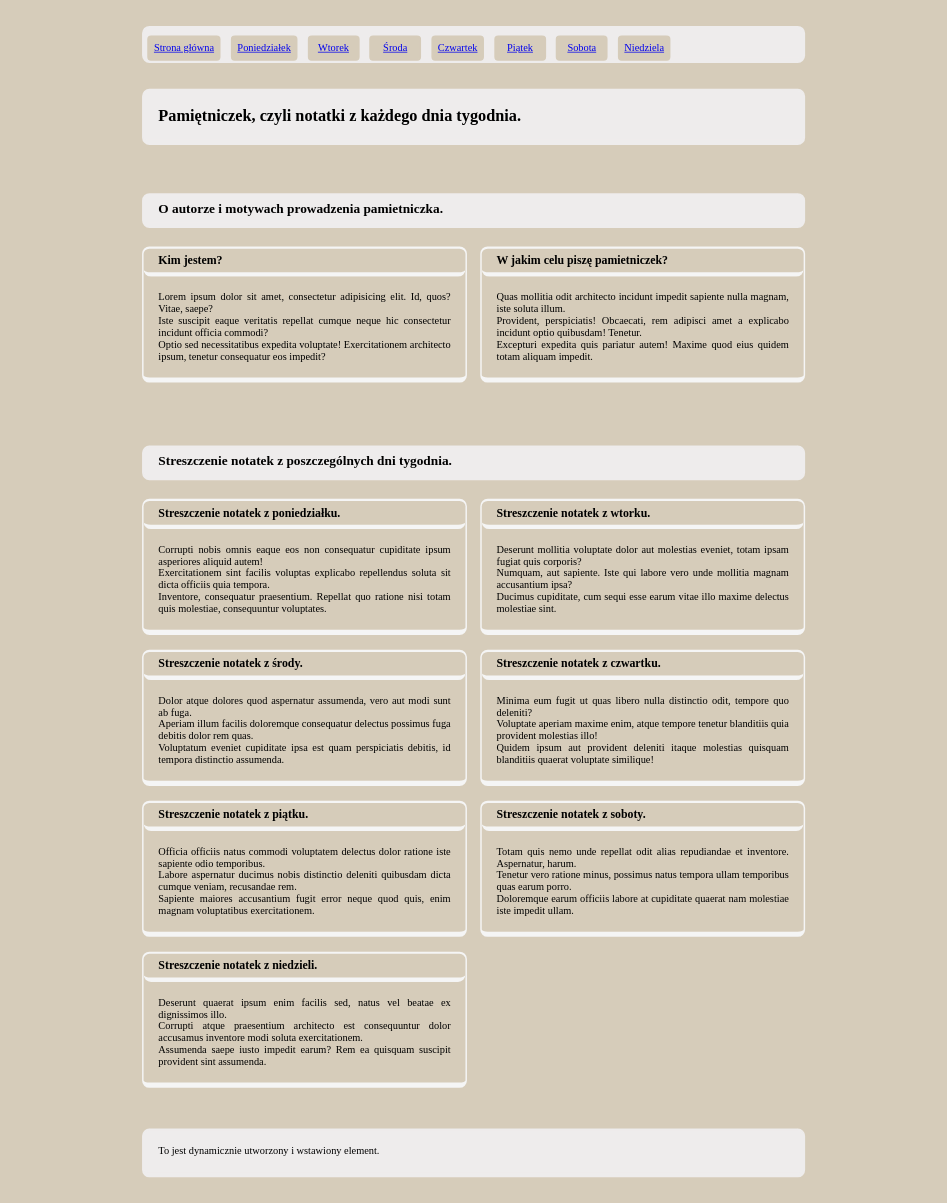
Repository: ArturNatwora/hompage
Page: index.html
An editor plug-in stored every save of this project. The page is shown before and after the next save, followed by the edit.
The browser window is 1280 px wide. The pictures show the whole page, at 74% of full size.

Above is the page before, as saved 2019-06-12 10:03:00.

After the next save:
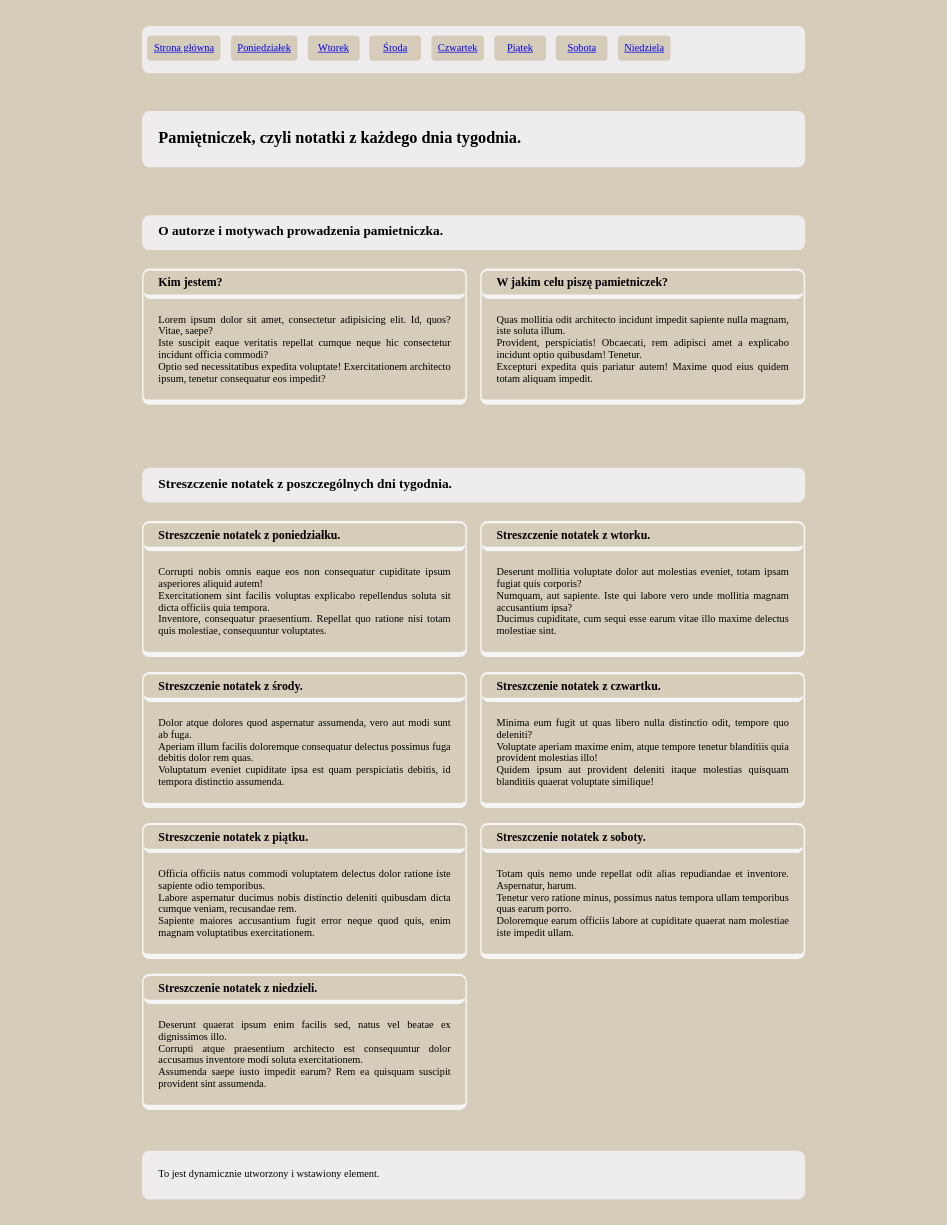
Saved 79 s later.
--- a/index.css
+++ b/index.css
@@ -27,12 +27,12 @@ body{
 .bodyHeader__nav{
     background: rgb(238, 236, 236);
     width: 100%;
-    height: 50px;
+    height: auto;
     margin: 35px 0;
     position: sticky;
     z-index: 99;
 
-    display: block;
+    display: inline-block;
 
     border-width: 3px 2px 7px 2px ;
     border-style: solid;
